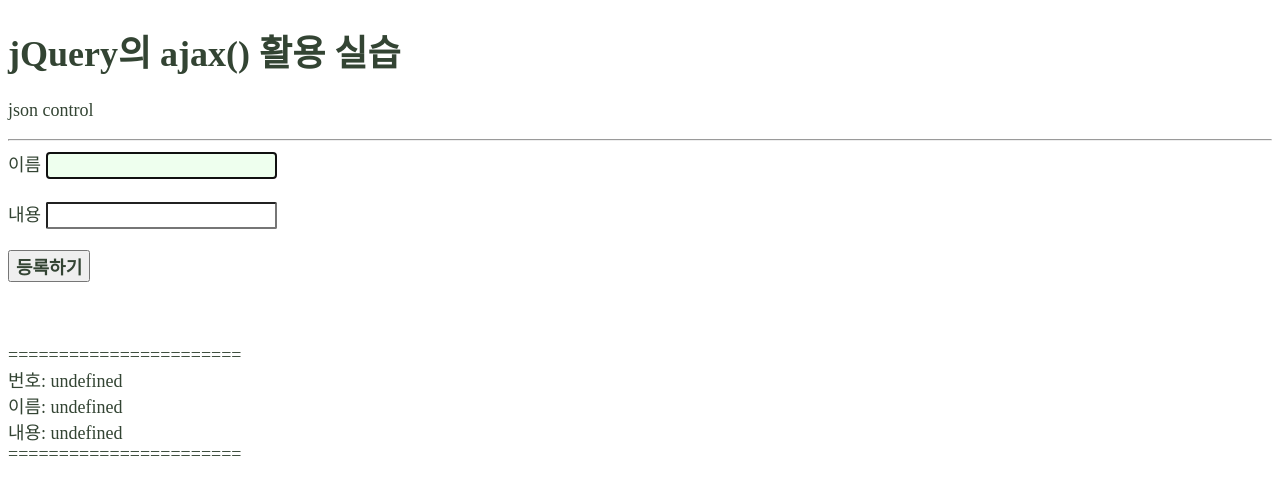
Repository: Jeong43/WebStudy
Page: http://localhost/AjaxJqueryApp05/JsonTest02.jsp
The author's editor kept a copy of each file at every save. The page is drawn from the files as they stood at one save, then again after the next save.
The browser window is 1280 px wide. The pictures show the whole page.
Empty fields were first filled with sample values (such as "Sample", 5 or name@example.com).
After loading, the first visible `#sendBtn` was clicked once.
The page is served by Tomcat 9.

Above is the page before, as saved 2021-12-09 03:22:55.

After the next save:
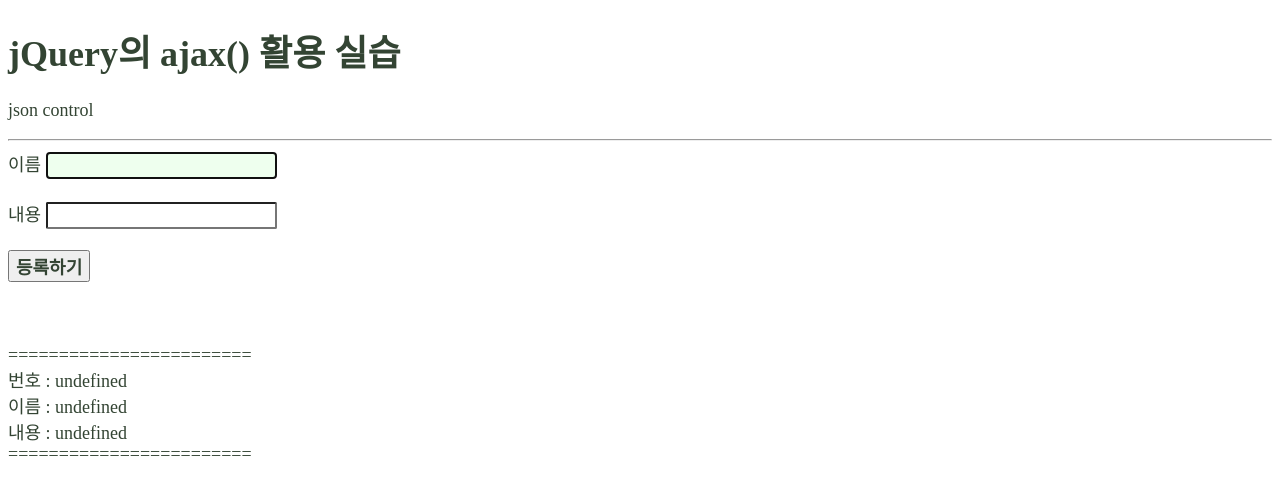
Saved 82 s later.
--- a/AjaxJqueryApp05/WebContent/JsonTest02.jsp
+++ b/AjaxJqueryApp05/WebContent/JsonTest02.jsp
@@ -28,24 +28,25 @@
 				, data : params
 				, datatype : "json"		// check~!!!
 				, success : function(jsonObj)
-				{
-					var num = jsonObj.num;
-					var name = jsonObj.name;
-					var content = jsonObj.content;
+	            {
+		               var out = "";
 
-					var out = "";
-					out += "<br>=======================";
-					out += "<br>번호: " + num;
-					out += "<br>이름: " + name;
-					out += "<br>내용: " + content;
-					out += "<br>=======================<br>";
+		               var num = jsonObj.num;
+		               var name = jsonObj.name;
+		               var content = jsonObj.content;
 
-					$("#result").html(out);
+		               out += "<br>========================";
+		               out += "<br>번호 : " + num;
+		               out += "<br>이름 : " + name;
+		               out += "<br>내용 : " + content;
+		               out += "<br>========================<br>";
 
-					$("#name").val("");
-					$("#content").val("");
-					$("#name").focus();
-				}
+		               $("#result").html(out);
+
+		               $("#name").val("");
+		               $("#content").val("");
+		               $("#name").focus();
+		            }
 				, beforeSend : showRequest
 				, error : function(e)
 				{

After the save that followed:
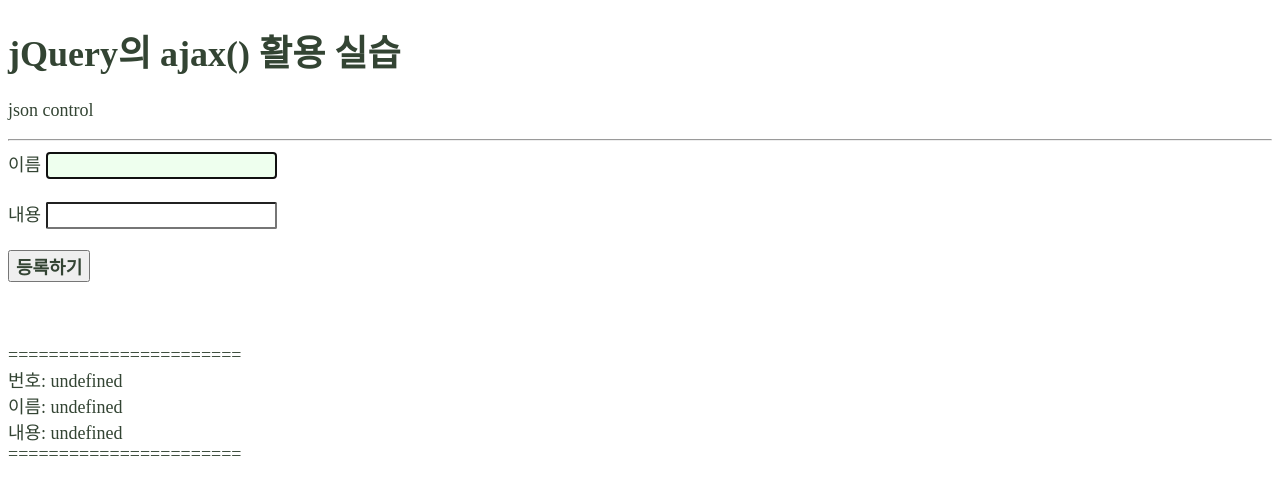
Saved 90 s later.
--- a/AjaxJqueryApp05/WebContent/JsonTest02.jsp
+++ b/AjaxJqueryApp05/WebContent/JsonTest02.jsp
@@ -29,24 +29,23 @@
 				, datatype : "json"		// check~!!!
 				, success : function(jsonObj)
 	            {
-		               var out = "";
-
 		               var num = jsonObj.num;
 		               var name = jsonObj.name;
 		               var content = jsonObj.content;
 
-		               out += "<br>========================";
-		               out += "<br>번호 : " + num;
-		               out += "<br>이름 : " + name;
-		               out += "<br>내용 : " + content;
-		               out += "<br>========================<br>";
+		               var out = "";
+		               out += "<br>=======================";
+		               out += "<br>번호: " + num;
+		               out += "<br>이름: " + name;
+		               out += "<br>내용: " + content;
+		               out += "<br>=======================<br>";
 
 		               $("#result").html(out);
 
 		               $("#name").val("");
 		               $("#content").val("");
 		               $("#name").focus();
-		            }
+	            }
 				, beforeSend : showRequest
 				, error : function(e)
 				{
